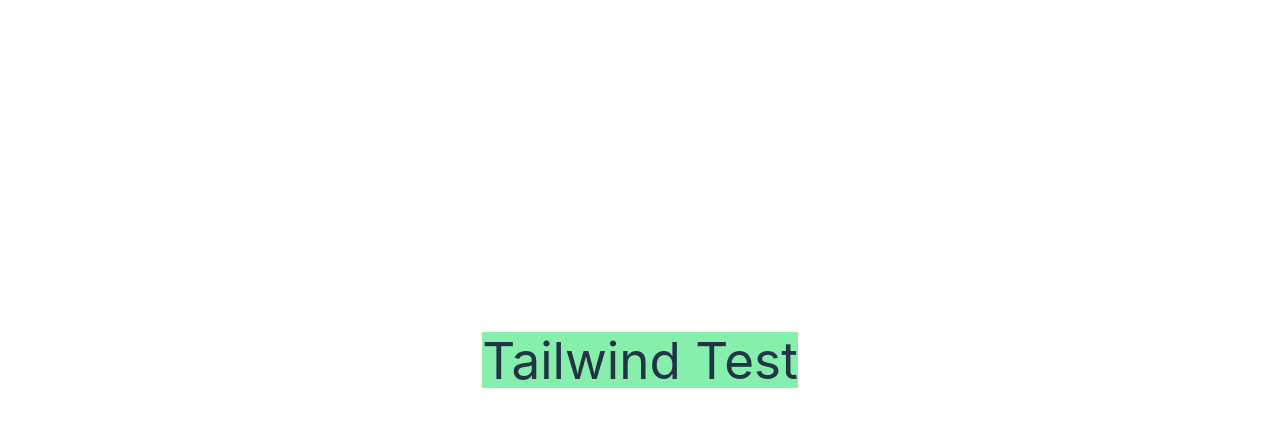
Repository: Adarshjeet0/ReactJs
Page: / (app in 03tailwindprops/)
These files come from the project's save history. The page is drawn as it stood at one moment and after a run of saves; the edit follows.
The browser window is 1280 px wide. The pictures show the whole page.
The project was rebuilt for these pictures with package versions that can differ from the ones it lists, and the page was loaded fresh each time. Also part of the build but not shown: 03tailwindprops/vite.config.js.

Above is the page before, as saved 2024-11-30 22:44:17.

After the next 2 saves:
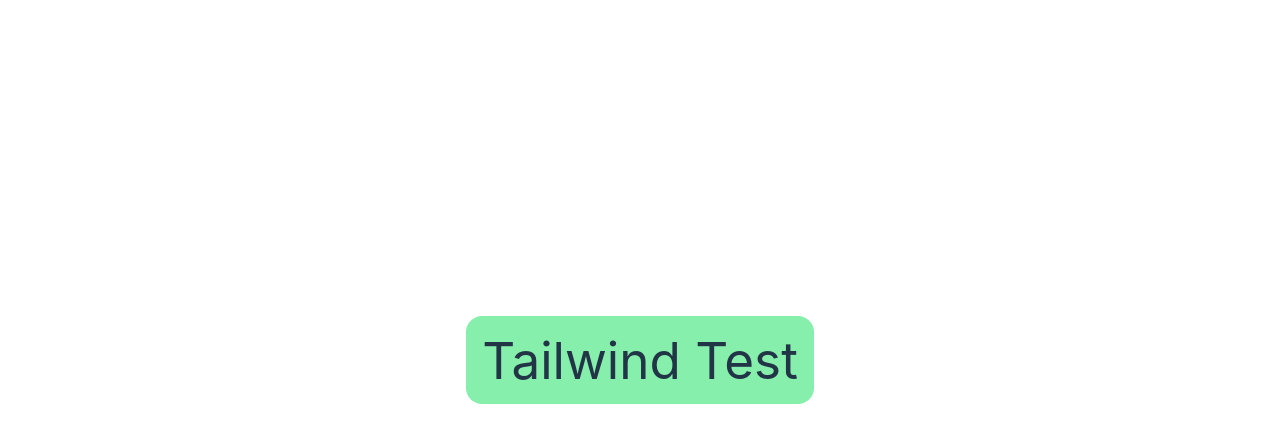
The 2 saves are shown as one change because they came seconds apart.
The last was saved 7 s later.
--- a/03tailwindprops/src/App.jsx
+++ b/03tailwindprops/src/App.jsx
@@ -8,7 +8,7 @@
 
   return (
     <>
-      <h1 className="bg-green-300 p-">Tailwind Test</h1>
+      <h1 className="bg-green-300 p-4 rounded-2xl">Tailwind Test</h1>
     </>
   )
 }
